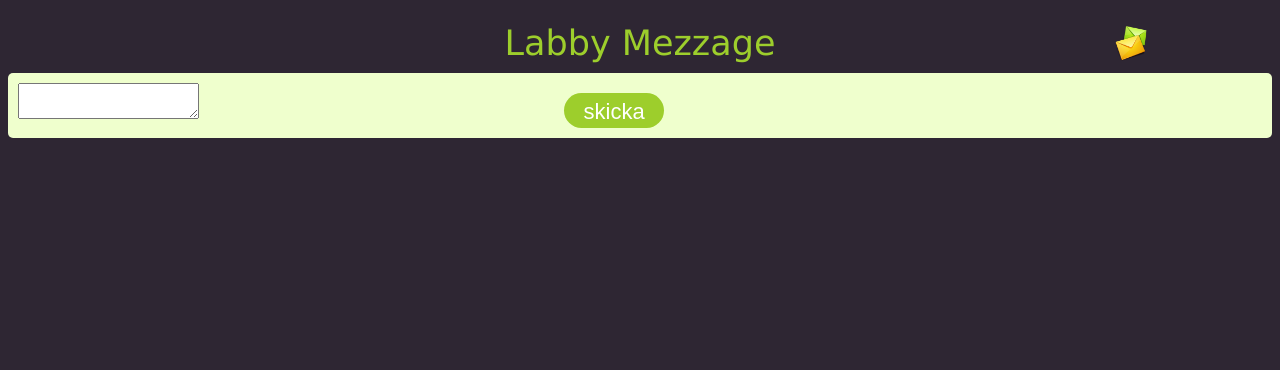
Repository: ad222kr/1dv403-laborationer
Page: 2-labbymezzage/index.html
The author's editor kept a record of every edit. The page is drawn from the files as they stood at one moment, then again after the next edit.
The browser window is 1280 px wide. The pictures show the whole page.

Above is the page before.
Console error: TypeError: MessageBoard is not a constructor

After the next edit:
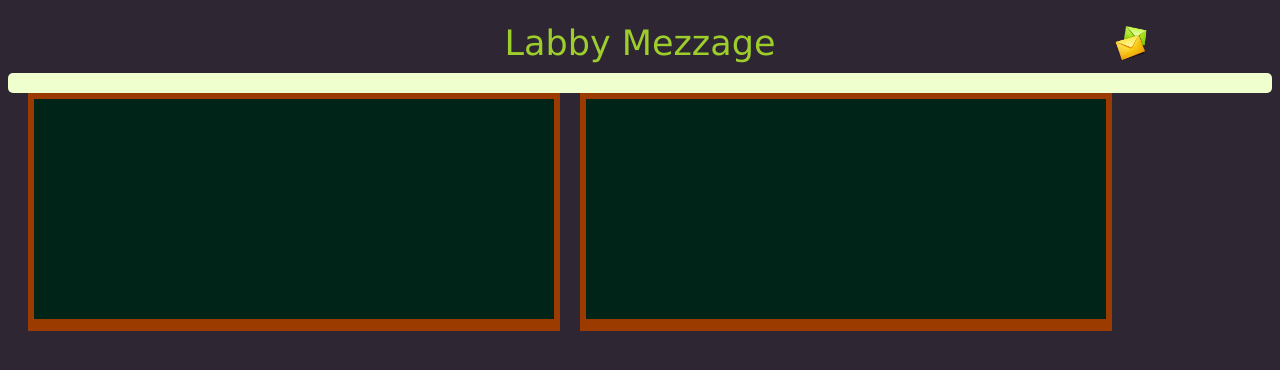
The edit:
--- a/2-labbymezzage/index.html
+++ b/2-labbymezzage/index.html
@@ -14,12 +14,8 @@
         <div id ="container">
             <header><h1>Labby Mezzage</h1></header>
             <div id="content">
-                <div id="messages"></div>
-                <div id="numberofmess"></div>
-                <form id="form">
-                    <textarea id="textarea" name="textarea"></textarea>
-                <button id="button" type="button">skicka</button>
-                </form>
+                  <div id="board1" class="messages"></div>
+                  <div id="board2" class="messages"></div>
             </div>
         </div>
     </body>
